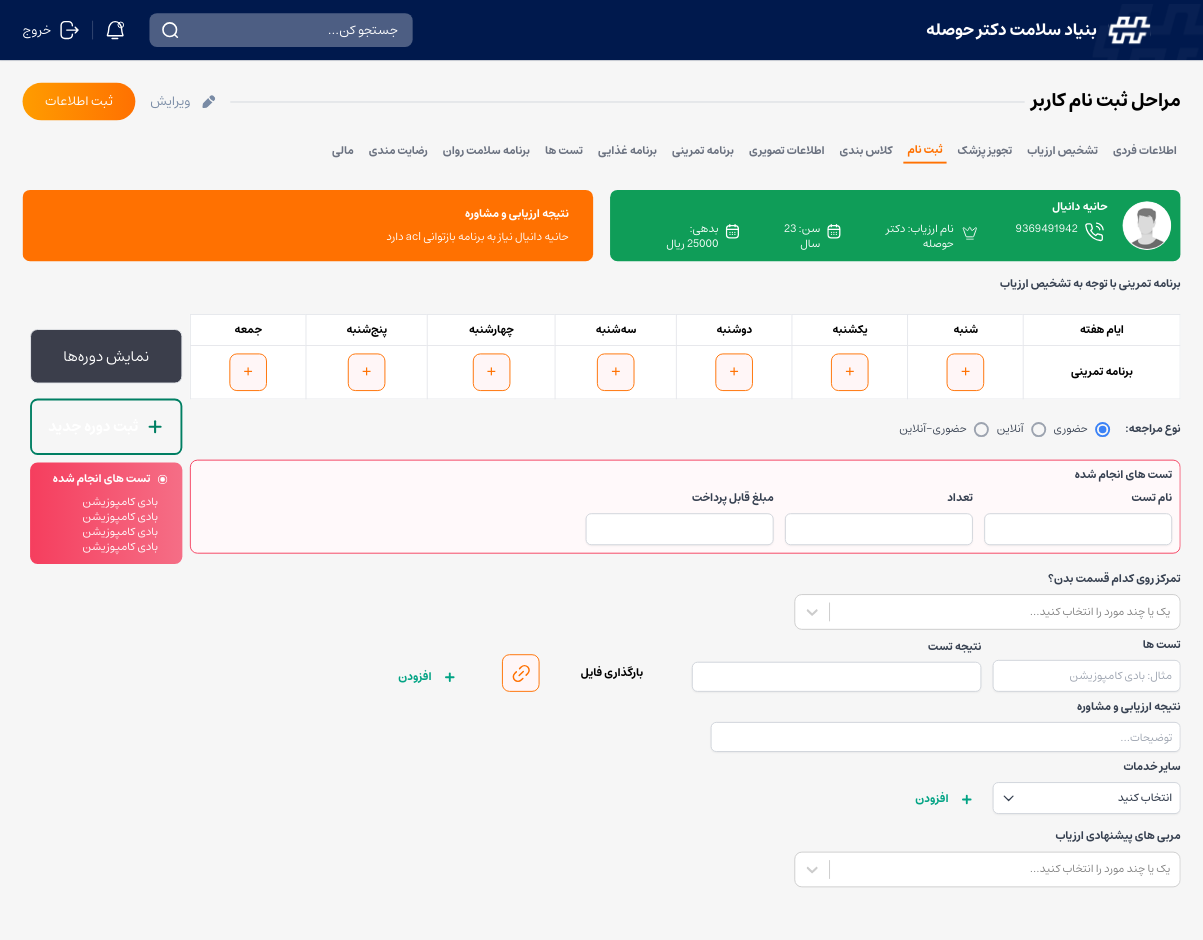
Repository: mirnajafi/ERP_hoseleh_V1.0
Page: /register, after clicking the first element matching `div.flex > :nth-child(4)`
The author's editor kept a copy of each file at every save. The page is drawn from the files as they stood at one save, then again after the next save.
The browser window is 1280 px wide. The pictures show the whole page, at 94% of full size.
Some web fonts or font styles are not loaded; a fallback is used. The project was rebuilt for these pictures with package versions that can differ from the ones it lists, and the page was loaded fresh each time. The framework's server and built-in components were replaced by stand-ins that run in the browser. Also part of the build but not shown: next.config.mjs, src/components/icons/trash.tsx, src/components/weekTable/weekTable.css, src/components/icons/copy.tsx, src/components/recognitionEvaluator/recognitionEvaluator.tsx.

Above is the page before, as saved 2025-02-28 23:52:25.

After the next save:
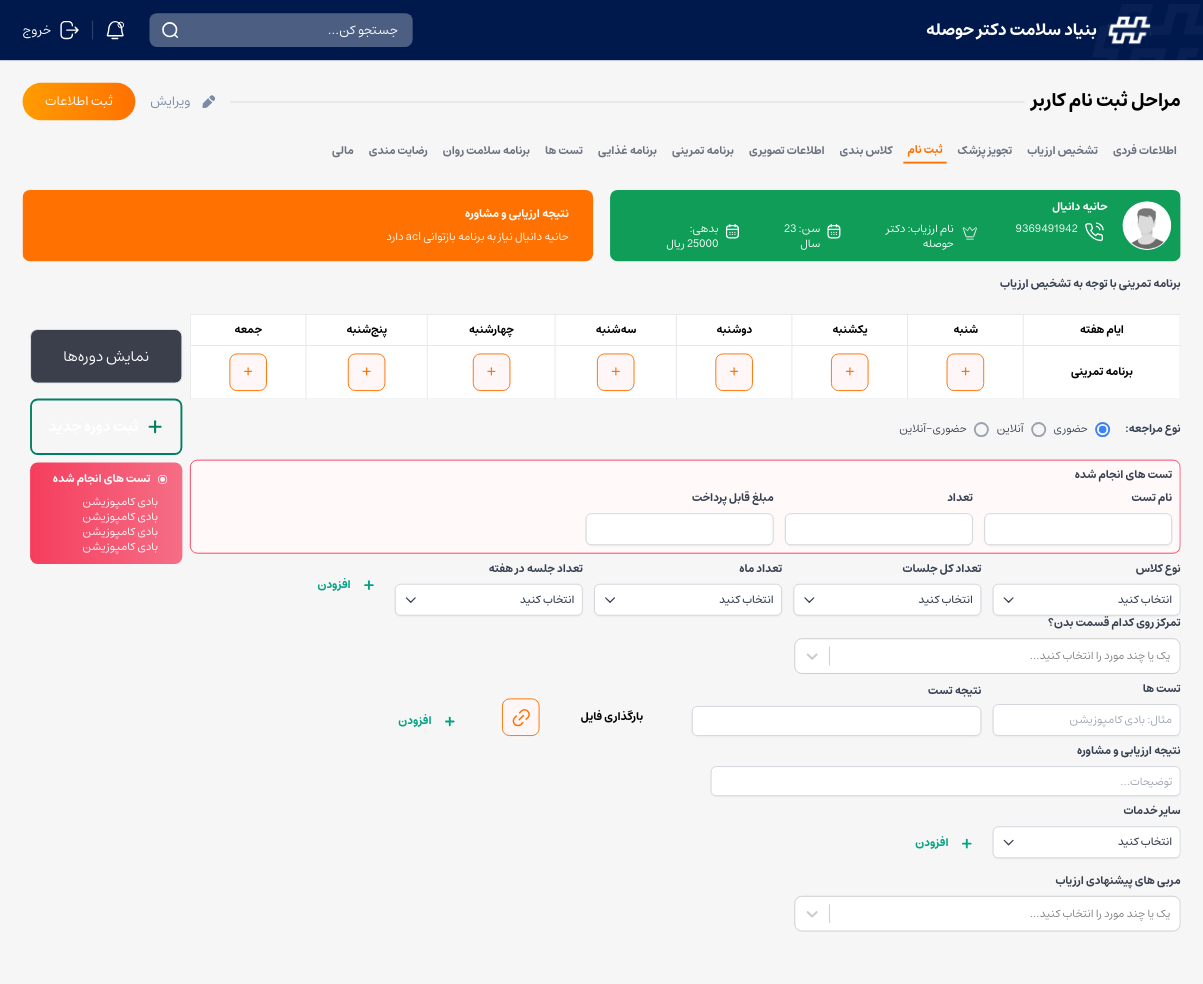
Saved 6 s later.
--- a/src/components/registration/registration.tsx
+++ b/src/components/registration/registration.tsx
@@ -108,6 +108,31 @@ const Registration = () => {
                                 placeholder=""
                             />
                         </div>
+                    </div>
+
+                    <div className="flex flex-col xl:flex-row w-full xl:items-end xl:justify-right ">
+                        <Dropdown
+                            label="نوع کلاس"
+                            options={["گزینه 1", "گزینه 2", "گزینه 3"]}
+                            onSelect={handleSelect}
+                        />
+                        <Dropdown
+                            label="تعداد کل جلسات"
+                            options={["گزینه 1", "گزینه 2", "گزینه 3"]}
+                            onSelect={handleSelect}
+                        />
+                        <Dropdown
+                            label="تعداد ماه"
+                            options={["گزینه 1", "گزینه 2", "گزینه 3"]}
+                            onSelect={handleSelect}
+                        />
+                        <Dropdown
+                            label="تعداد جلسه در هفته"
+                            options={["گزینه 1", "گزینه 2", "گزینه 3"]}
+                            onSelect={handleSelect}
+                        />
+                        <TransparentBtn label='افزودن' />
+
                     </div>
                 </div>
 
